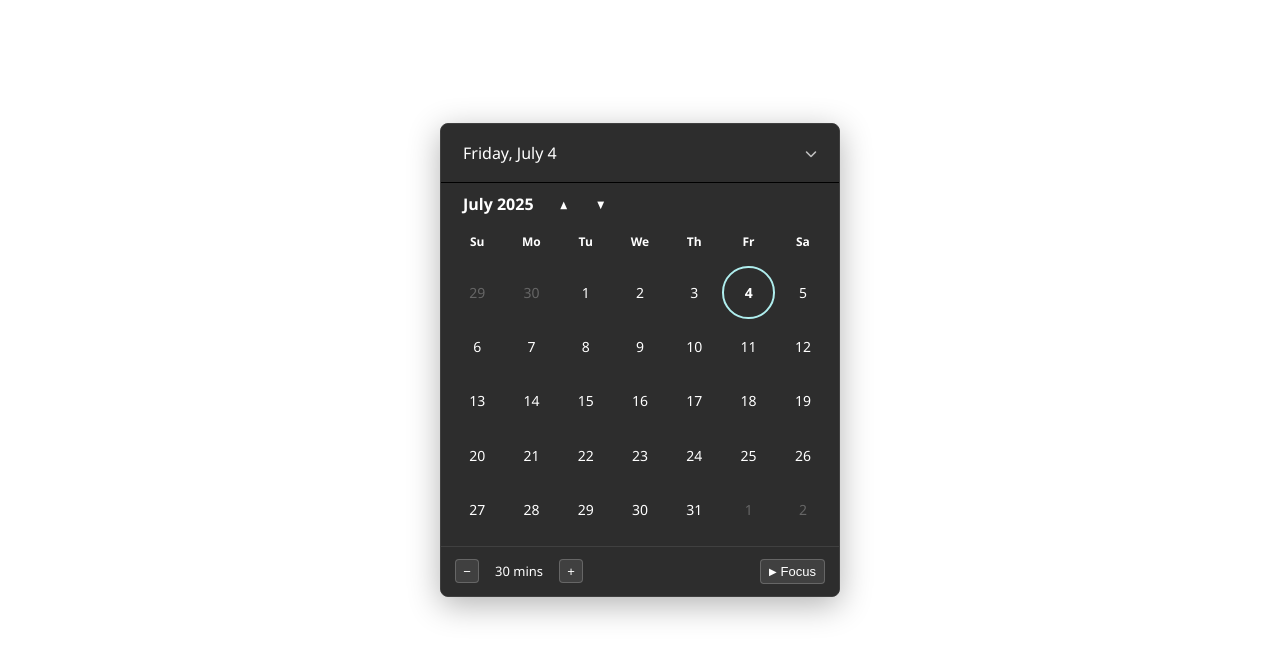
Repository: ThuTrang-jvb/JVB_BT2
Page: index.html
An editor plug-in stored every save of this project. The page is shown before and after a run of saves, followed by the edit.
The browser window is 1280 px wide. The pictures show the whole page.

Above is the page before, as saved 2025-07-07 11:24:16.

After the next 2 saves:
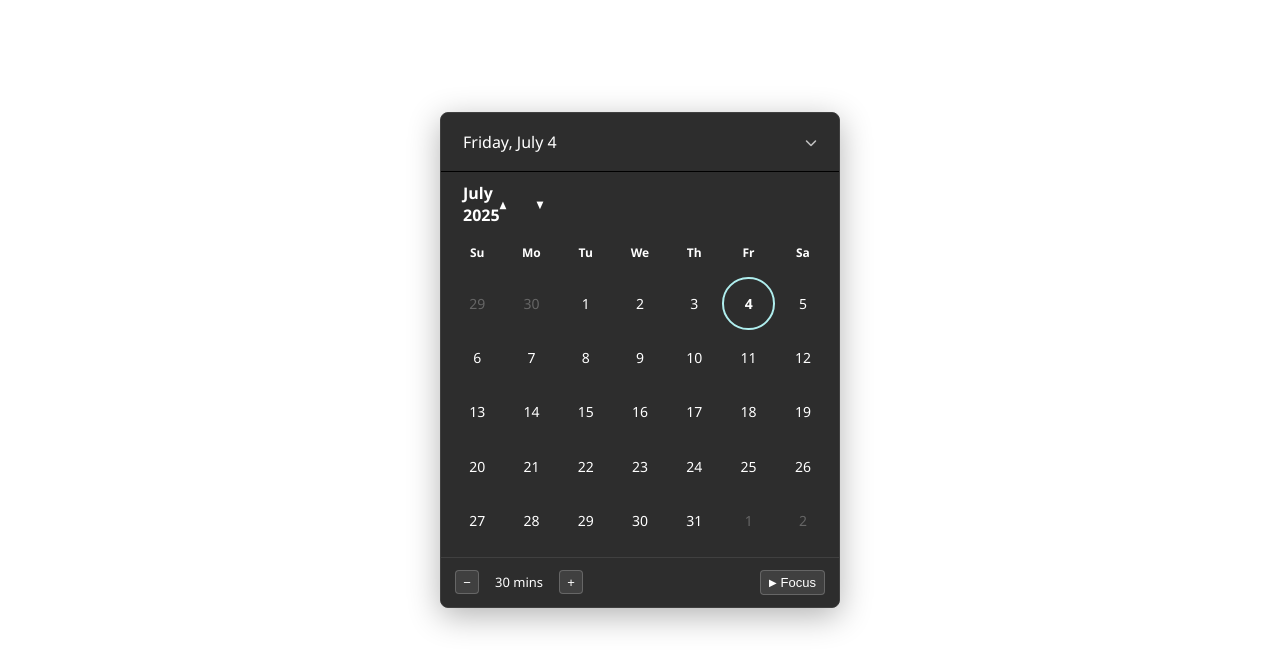
The 2 saves are shown as one change because they came seconds apart.
The last was saved 8 s later.
--- a/style.css
+++ b/style.css
@@ -64,7 +64,7 @@
 
 .title-block {
     display: grid;
-    grid-template-columns: repeat(2,10fr);
+    grid-template-columns: repeat(2,0fr);
     justify-content: space-between;
     align-items: center;
     font-size: 16px;

After the 2 saves that followed:
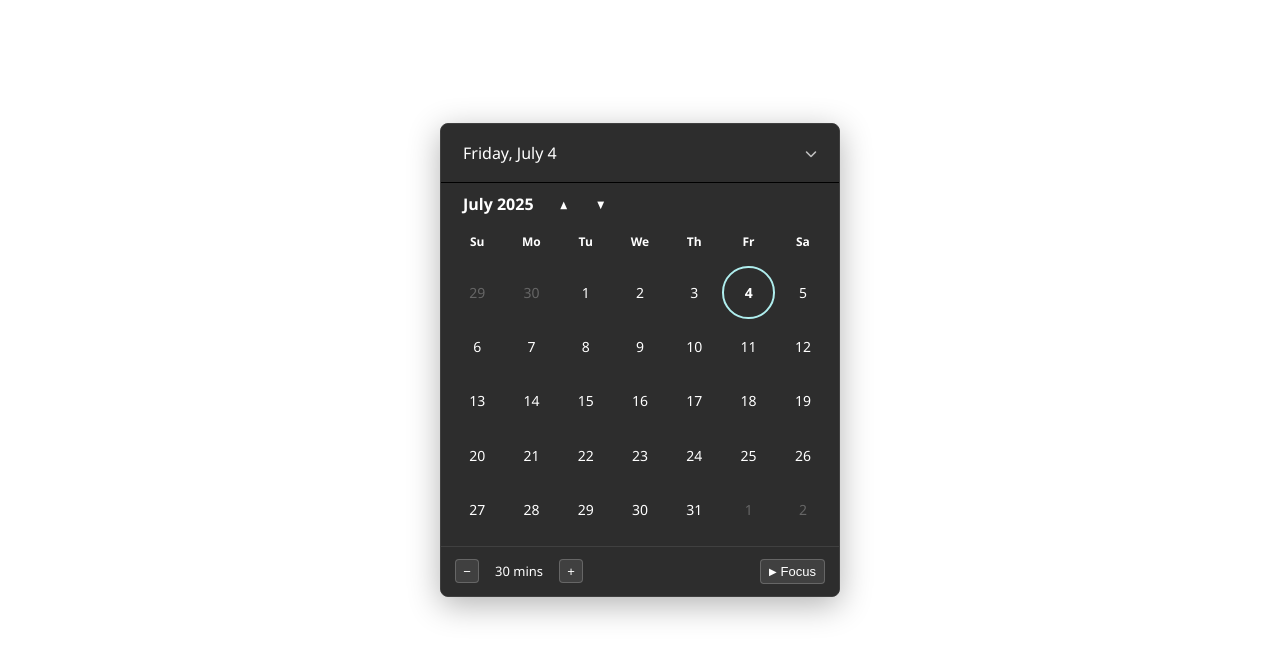
The 2 saves are shown as one change because they came seconds apart.
The last was saved 7 s later.
--- a/style.css
+++ b/style.css
@@ -64,7 +64,7 @@
 
 .title-block {
     display: grid;
-    grid-template-columns: repeat(2,0fr);
+    grid-template-columns: repeat(2,1fr);
     justify-content: space-between;
     align-items: center;
     font-size: 16px;
